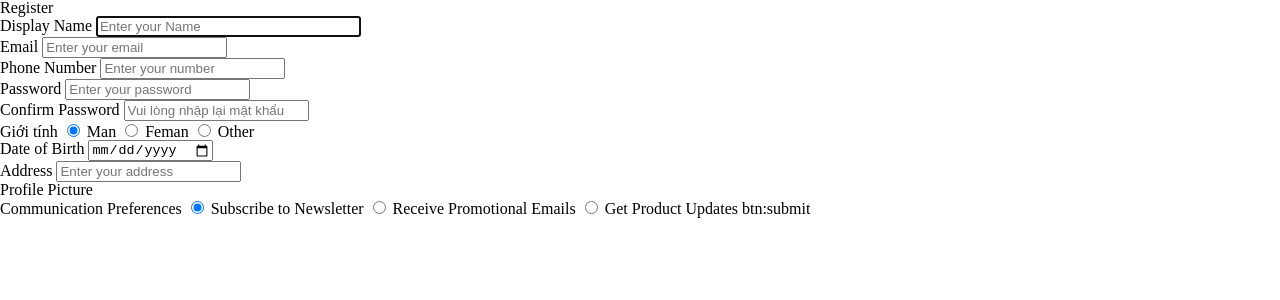
Repository: lannguyen1301/f8-zoom-day-4
Page: form.html
An editor plug-in stored every save of this project. The page is shown before and after the next save, followed by the edit.
The browser window is 1280 px wide. The pictures show the whole page.

Above is the page before, as saved 2025-04-19 22:12:10.

### form.html
<!DOCTYPE html>
<html lang="en">

<head>
    <meta charset="UTF-8">
    <meta name="viewport" content="width=device-width, initial-scale=1.0">
    <title>Form Login</title>
    <link rel="stylesheet" href="./assets/css/reset.css">
</head>

<body>
    <h1>Register</h1>
    <form action="https://api-gateway.fullstack.edu.vn/action_page.php" method="post" autocomplete="off">
        <div class="form-group">
            <label for="name">Display Name</label>
            <input type="text" name="name" id="name" maxlength="20" minlength="5" pattern="[A-Za-z0-9]+" size="30"
                placeholder="Enter your Name" required autocomplete="on" spellcheck="false" readonly autofocus>
        </div>

        <div class="form-group">
            <label for="email">Email</label>
            <input type="email" name="email" id="email" placeholder="Enter your email" required
                pattern="[a-z0-9._%+-]+@[a-z0-9.-]+\.[a-z]{2,}$" autocomplete="on" spellcheck="false" inputmode="email"
                onchange="alert('Email của bạn đã thay đổi!')">
        </div>

        <div class="form-group">
            <label for="phone">Phone Number</label>
            <input type="tel" name="phone" id="phone" placeholder="Enter your number" required
                pattern="^\+?[0-9]{10,15}$" maxlength="15" minlength="10" autocomplete="tel"
                onchange="alert('Số điện thoại của bạn đã thay đổi!')" inputmode="tel">
        </div>

        <div class="form-group">
            <label for="password">Password</label>
            <input type="password" name="password" id="password" placeholder="Enter your password" readonly required
                maxlength="20" minlength="8" pattern="(?=.*\d)(?=.*[a-z])(?=.*[A-Z])(?=.*[@#$%^&+=]).{8,}"
                autocomplete="current-password" autofocus spellcheck="false">
        </div>

        <div class="form-group">
            <label for="confirm-password">Confirm Password</label>
            <input type="password" name="confirm-password" id="confirm-password"
                placeholder="Vui lòng nhập lại mật khẩu" required autocomplete="new-password" maxlength="20"
                minlength="8">
        </div>

        <div class="form-group">
            <label for=""> Giới tính</label>
            <input type="radio" name="gender" id="male" value="male" required autofocus checked>
            <label for="male">Man</label>
            <input type="radio" name="gender" id="female" value="female" required autofocus>
            <label for="female">Feman</label>
            <input type="radio" name="gender" id="other" value="other" required autofocus>
            <label for="other">Other</label>
        </div>

        <div class="form-group">
            <label for="birthday">Date of Birth</label>
            <input type="date" name="birthday" id="birthday" required autocomplete="bday-day" min="1900-01-01" max="">
        </div>

        <div class="form-group">
            <label for="address">Address</label>
            <input type="text" name="address" id="address" placeholder="Enter your address" readonly autofocus
                spellcheck="false" pattern="[A-Za-z0-9\s,]+">
        </div>

        <div class="form-group">
            <label for="">Profile Picture</label>
            <input type="image" src="" alt="">
        </div>

        <div class="form-group">
            <label for="">Communication Preferences</label>
            <input type="radio" name="preferences" id="newsletter" required checked>
            <label for="newsletter">Subscribe to Newsletter</label>
            <input type="radio" name="preferences" id="promotional" required>
            <label for="promotional">Receive Promotional Emails</label>
            <input type="radio" name="preferences" id="update" required>
            <label for="update">Get Product Updates</label>
            btn:submit
        </div>
    </form>
</body>

</html>

Loaded but not shown: assets/css/reset.css (common file)

After the next save:
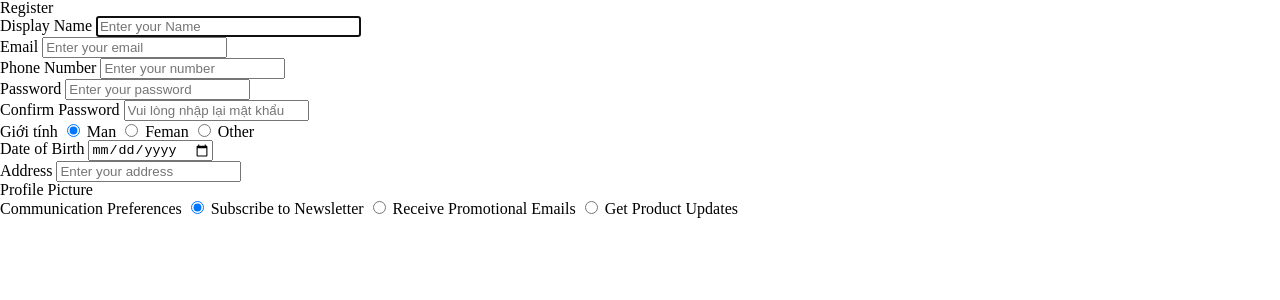
Saved 4 s later.
--- a/form.html
+++ b/form.html
@@ -79,7 +79,7 @@
             <label for="promotional">Receive Promotional Emails</label>
             <input type="radio" name="preferences" id="update" required>
             <label for="update">Get Product Updates</label>
-            btn:submit
+            <btn:submit class="btn"></btn:submit>
         </div>
     </form>
 </body>
